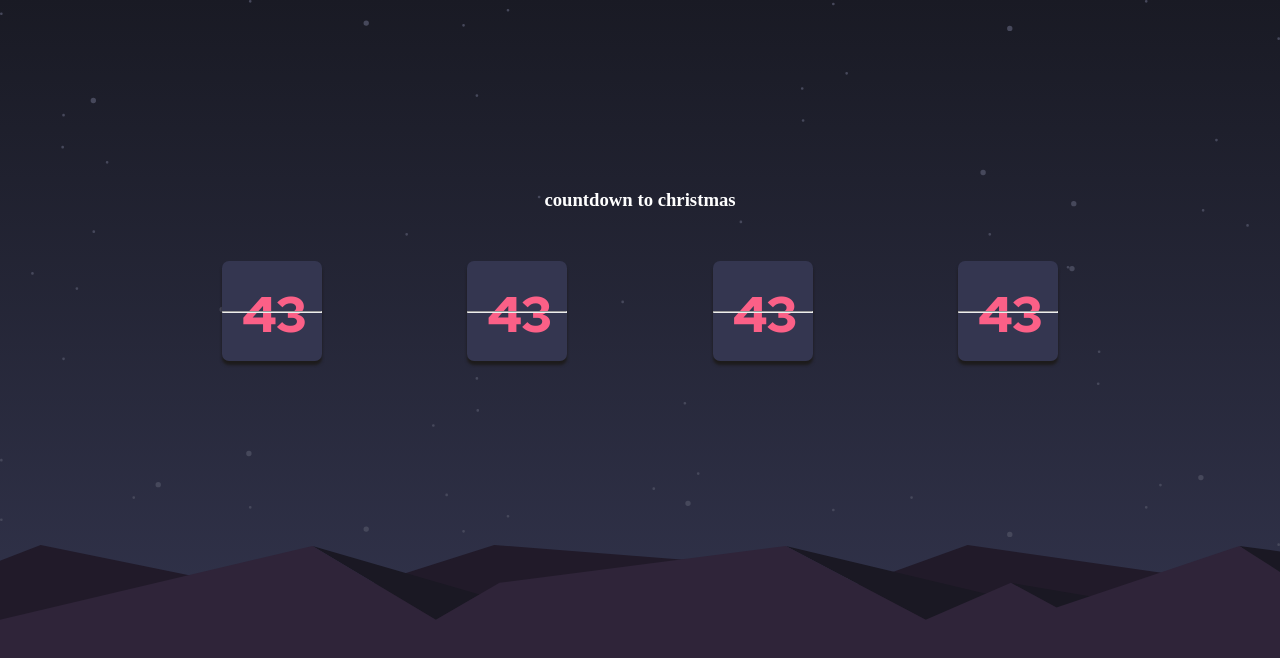
Repository: Eugene44-hub/countdown
Page: index.html
These files come from the project's save history. The page is drawn as it stood at one moment and after the next save; the edit follows.
The browser window is 1280 px wide. The pictures show the whole page.

Above is the page before, as saved 2021-09-12 03:27:00.

After the next save:
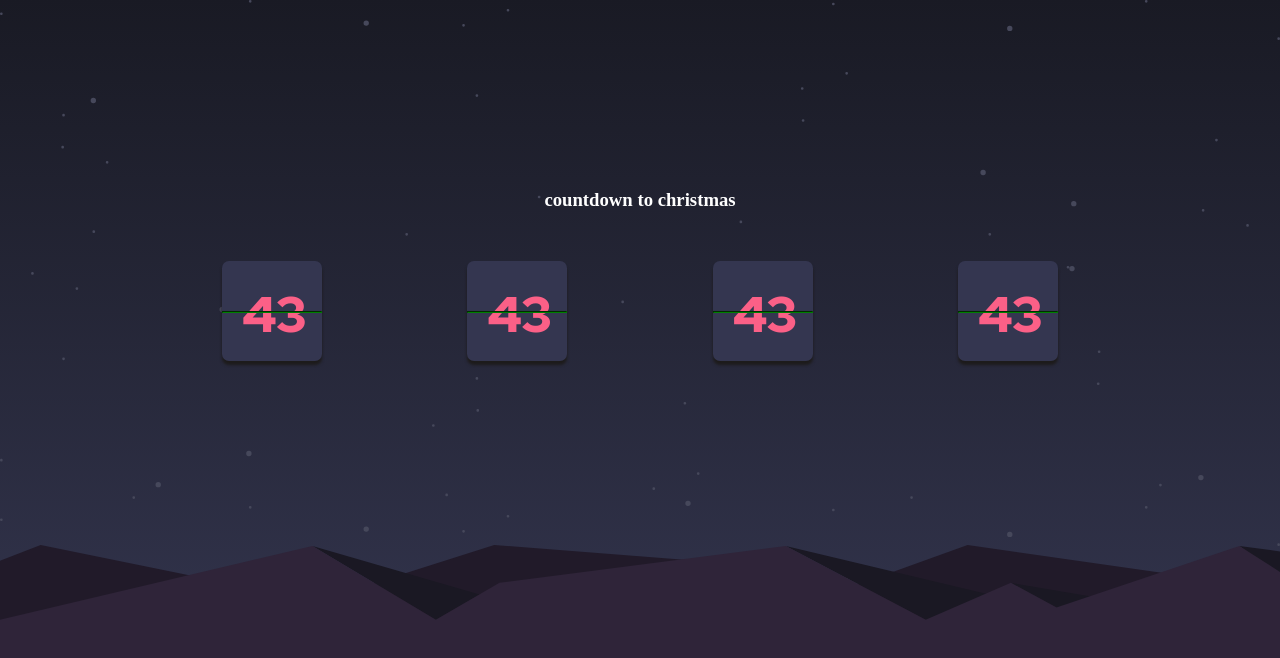
Saved 65 s later.
--- a/style.css
+++ b/style.css
@@ -66,7 +66,7 @@ hr {
     width: 100%;
     top: 50%;
     left: 0%;
-    background-color: green;
+    border-color: green;
 }
 
 
